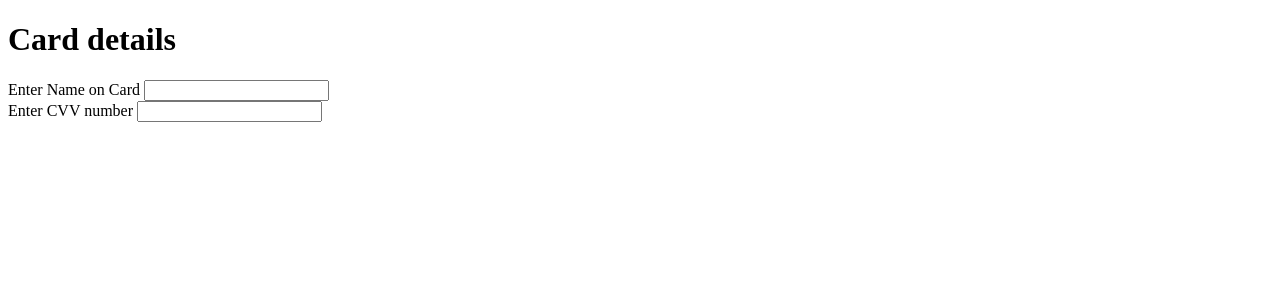
Repository: ajlazy/Day10
Page: CreditCard/WebContent/CreditCard.html
The author's editor kept a copy of each file at every save. The page is drawn from the files as they stood at one save, then again after the next save.
The browser window is 1280 px wide. The pictures show the whole page.

Above is the page before, as saved 2018-09-06 07:46:19.

### CreditCard/WebContent/CreditCard.html
<!DOCTYPE html>
<html>
<head>
<meta charset="ISO-8859-1">
<title>Enter Details</title>
</head>
<body>
<h1>Card details</h1>
<form action="CreditCard" method="post">
<label>Enter Name on Card</label>
<input type="text" name="Name on card"/>
<br>
<label>Enter CVV number</label>
<input type="password" maxlength="3" name="cvv" pattern="[0-9]{3}" />
</form>

</body>
</html>

After the next save:
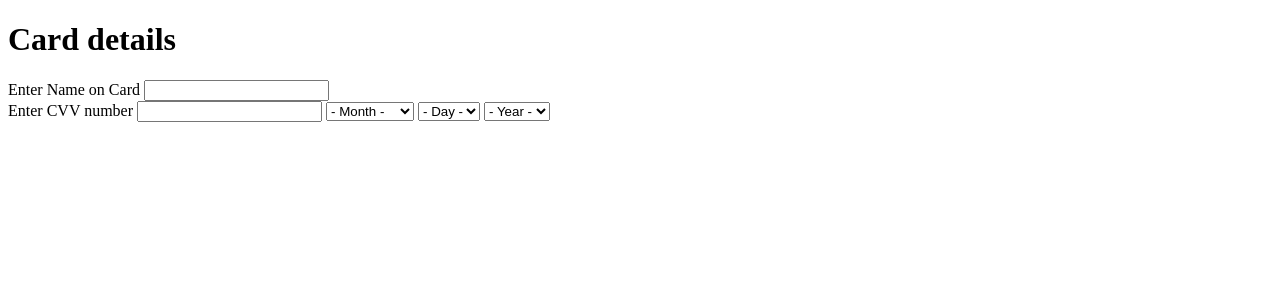
Saved 72 min 34 s later.
--- a/CreditCard/WebContent/CreditCard.html
+++ b/CreditCard/WebContent/CreditCard.html
@@ -12,6 +12,108 @@
 <br>
 <label>Enter CVV number</label>
 <input type="password" maxlength="3" name="cvv" pattern="[0-9]{3}" />
+<select name="DOBMonth">
+	<option> - Month - </option>
+	<option value="January">January</option>
+	<option value="Febuary">Febuary</option>
+	<option value="March">March</option>
+	<option value="April">April</option>
+	<option value="May">May</option>
+	<option value="June">June</option>
+	<option value="July">July</option>
+	<option value="August">August</option>
+	<option value="September">September</option>
+	<option value="October">October</option>
+	<option value="November">November</option>
+	<option value="December">December</option>
+</select>
+
+<select name="DOBDay">
+	<option> - Day - </option>
+	<option value="1">1</option>
+	<option value="2">2</option>
+	<option value="3">3</option>
+	<option value="4">4</option>
+	<option value="5">5</option>
+	<option value="6">6</option>
+	<option value="7">7</option>
+	<option value="8">8</option>
+	<option value="9">9</option>
+	<option value="10">10</option>
+	<option value="11">11</option>
+	<option value="12">12</option>
+	<option value="13">13</option>
+	<option value="14">14</option>
+	<option value="15">15</option>
+	<option value="16">16</option>
+	<option value="17">17</option>
+	<option value="18">18</option>
+	<option value="19">19</option>
+	<option value="20">20</option>
+	<option value="21">21</option>
+	<option value="22">22</option>
+	<option value="23">23</option>
+	<option value="24">24</option>
+	<option value="25">25</option>
+	<option value="26">26</option>
+	<option value="27">27</option>
+	<option value="28">28</option>
+	<option value="29">29</option>
+	<option value="30">30</option>
+	<option value="31">31</option>
+</select>
+
+<select name="DOBYear">
+	<option> - Year - </option>
+	<option value="1993">1993</option>
+	<option value="1992">1992</option>
+	<option value="1991">1991</option>
+	<option value="1990">1990</option>
+	<option value="1989">1989</option>
+	<option value="1988">1988</option>
+	<option value="1987">1987</option>
+	<option value="1986">1986</option>
+	<option value="1985">1985</option>
+	<option value="1984">1984</option>
+	<option value="1983">1983</option>
+	<option value="1982">1982</option>
+	<option value="1981">1981</option>
+	<option value="1980">1980</option>
+	<option value="1979">1979</option>
+	<option value="1978">1978</option>
+	<option value="1977">1977</option>
+	<option value="1976">1976</option>
+	<option value="1975">1975</option>
+	<option value="1974">1974</option>
+	<option value="1973">1973</option>
+	<option value="1972">1972</option>
+	<option value="1971">1971</option>
+	<option value="1970">1970</option>
+	<option value="1969">1969</option>
+	<option value="1968">1968</option>
+	<option value="1967">1967</option>
+	<option value="1966">1966</option>
+	<option value="1965">1965</option>
+	<option value="1964">1964</option>
+	<option value="1963">1963</option>
+	<option value="1962">1962</option>
+	<option value="1961">1961</option>
+	<option value="1960">1960</option>
+	<option value="1959">1959</option>
+	<option value="1958">1958</option>
+	<option value="1957">1957</option>
+	<option value="1956">1956</option>
+	<option value="1955">1955</option>
+	<option value="1954">1954</option>
+	<option value="1953">1953</option>
+	<option value="1952">1952</option>
+	<option value="1951">1951</option>
+	<option value="1950">1950</option>
+	<option value="1949">1949</option>
+	<option value="1948">1948</option>
+	<option value="1947">1947</option>
+
+</select>
 </form>
 
 </body>
